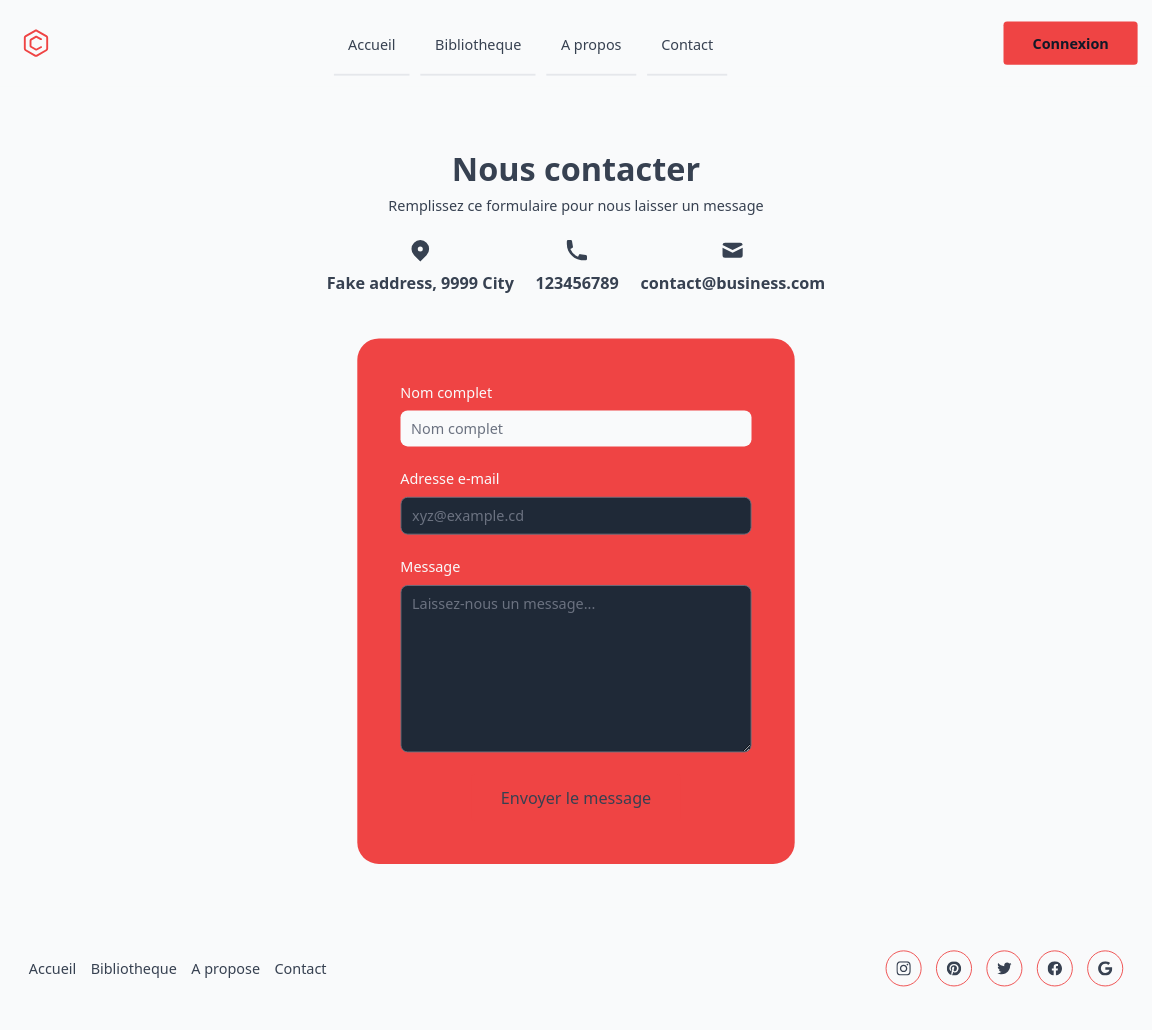
Repository: erulabs243/museum
Page: /contact
The author's editor kept a copy of each file at every save. The page is drawn from the files as they stood at one save, then again after the next save.
The browser window is 1280 px wide. The pictures show the whole page, at 90% of full size.
The project was rebuilt for these pictures with package versions that can differ from the ones it lists, and the page was loaded fresh each time. Also part of the build but not shown: vite.config.js, src/pages/admin/Home.jsx, src/pages/commons/NotFound.jsx, src/components/atoms/TagBadge.jsx, src/components/atoms/MyAudioPlayer.jsx, src/components/atoms/MyVideoPlayer.jsx, src/components/atoms/MediaCard.jsx, src/components/sections/Testimonial.jsx and 16 more.

Above is the page before, as saved 2022-08-10 14:21:45.

After the next save:
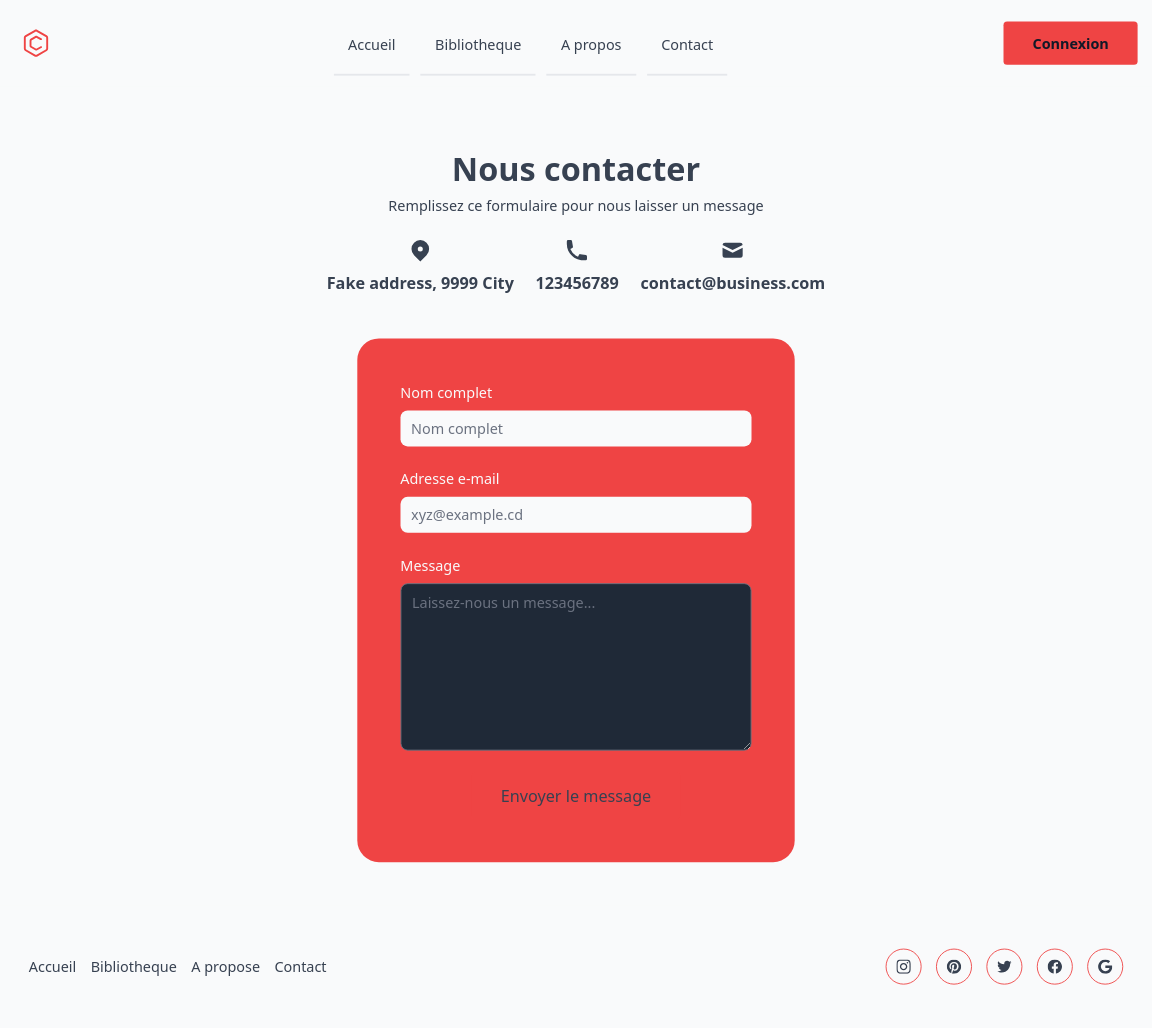
Saved 27 s later.
--- a/src/pages/user/Contact.jsx
+++ b/src/pages/user/Contact.jsx
@@ -70,7 +70,7 @@
                                 type="email"
                                 required
                                 placeholder="xyz@example.cd"
-                                className="block w-full rounded-lg mt-2 focus:ring focus:ring-opacity-75 focus:ring-red-500 bg-gray-800 text-gray-50"
+                                className="block w-full rounded-lg mt-2 focus:ring focus:ring-opacity-75 focus:ring-red-500 bg-gray-50 text-gray-700 border-0"
                             />
                         </label>
                         <label className="block">
@@ -83,7 +83,7 @@
                         </label>
                         <button
                             type="button"
-                            className="self-center px-8 py-3 text-lg rounded focus:ring hover:ring focus:ring-opacity-75 bg-red-500 text-gray-700 focus:ring-red-500 hover:ring-red-500">
+                            className="self-center px-8 py-3 text-lg rounded focus:ring hover:ring focus:ring-opacity-75 bg-red-500 text-gray-700 focus:ring-red-500 hover:ring-red-500 border-0">
                             Envoyer le message
                         </button>
                     </form>

After the save that followed:
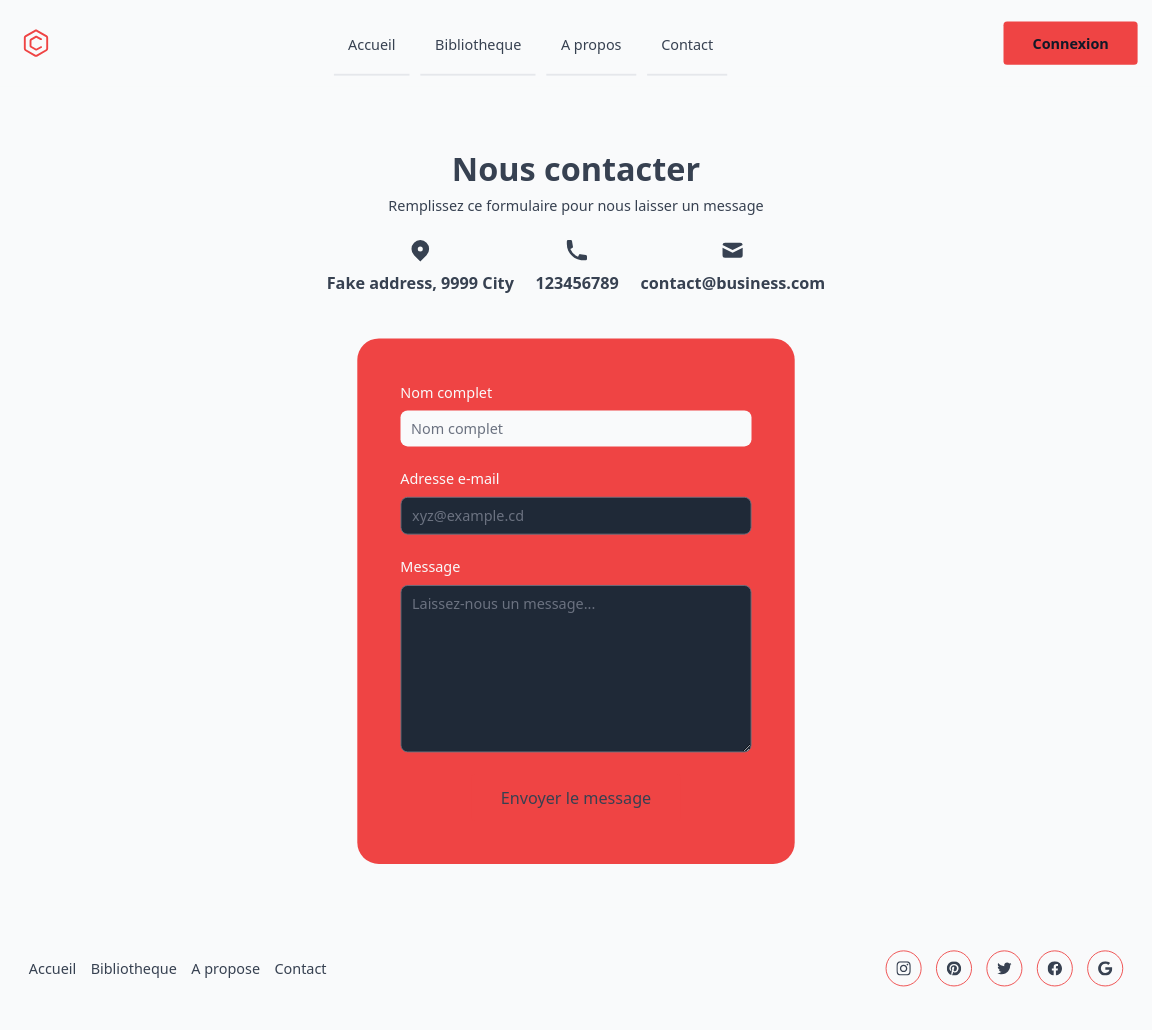
Saved 19 s later.
--- a/src/pages/user/Contact.jsx
+++ b/src/pages/user/Contact.jsx
@@ -70,7 +70,7 @@
                                 type="email"
                                 required
                                 placeholder="xyz@example.cd"
-                                className="block w-full rounded-lg mt-2 focus:ring focus:ring-opacity-75 focus:ring-red-500 bg-gray-50 text-gray-700 border-0"
+                                className="block w-full rounded-lg mt-2 focus:ring focus:ring-opacity-75 focus:ring-red-500 bg-gray-800 text-gray-50"
                             />
                         </label>
                         <label className="block">
@@ -83,7 +83,7 @@
                         </label>
                         <button
                             type="button"
-                            className="self-center px-8 py-3 text-lg rounded focus:ring hover:ring focus:ring-opacity-75 bg-red-500 text-gray-700 focus:ring-red-500 hover:ring-red-500 border-0">
+                            className="self-center px-8 py-3 text-lg rounded focus:ring hover:ring focus:ring-opacity-75 bg-red-500 text-gray-700 focus:ring-red-500 hover:ring-red-500">
                             Envoyer le message
                         </button>
                     </form>
